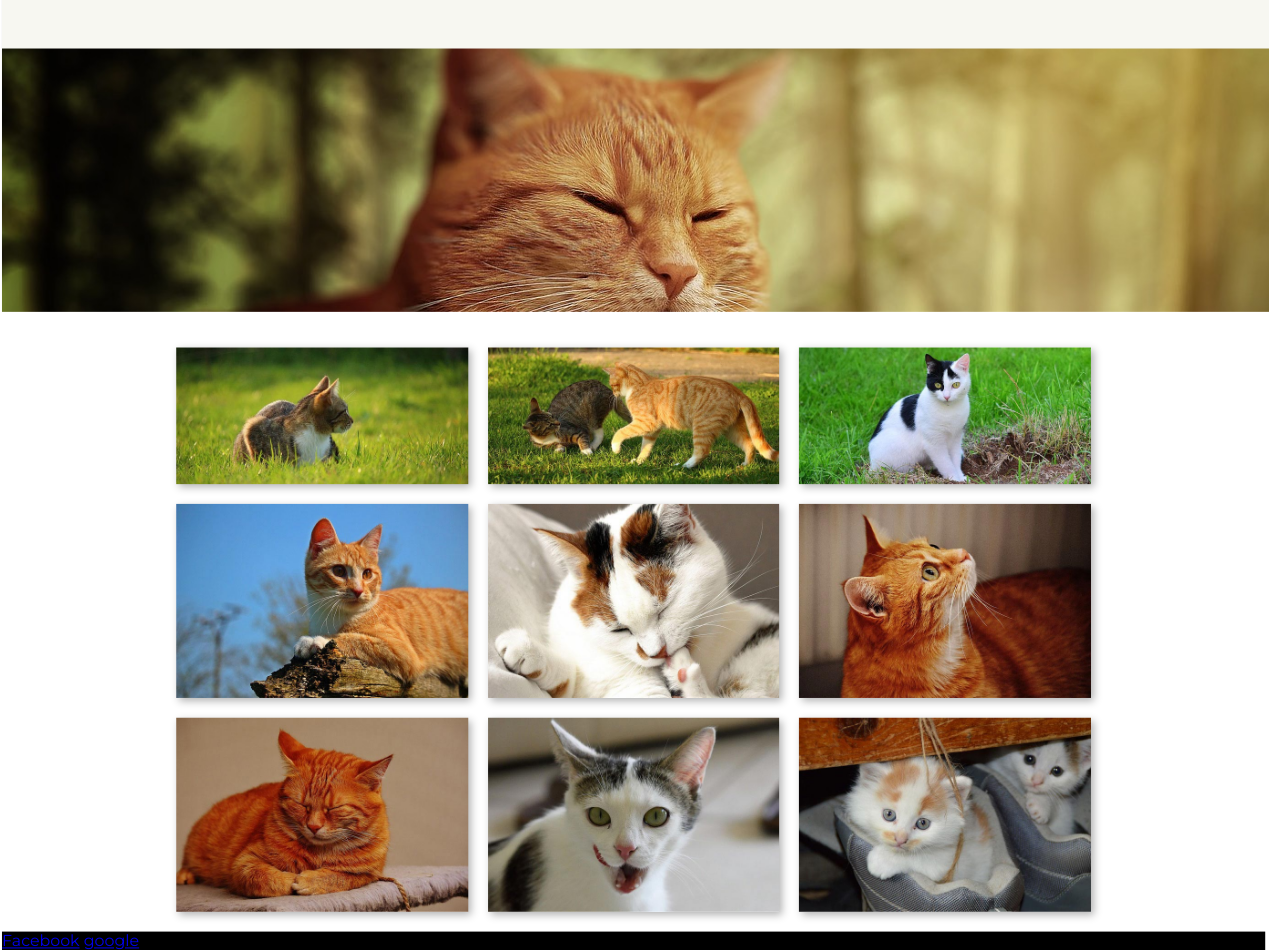
Repository: raul4264/final
Page: Gallery.html
The author's editor kept a copy of each file at every save. The page is drawn from the files as they stood at one save, then again after the next save.
The browser window is 1280 px wide. The page is 1282 px wide, so the pictures cover 1282 px, including what lies to the right of the window. The pictures show the whole page, at 99% of full size.

Above is the page before, as saved 2021-03-23 12:30:06.

After the next save:
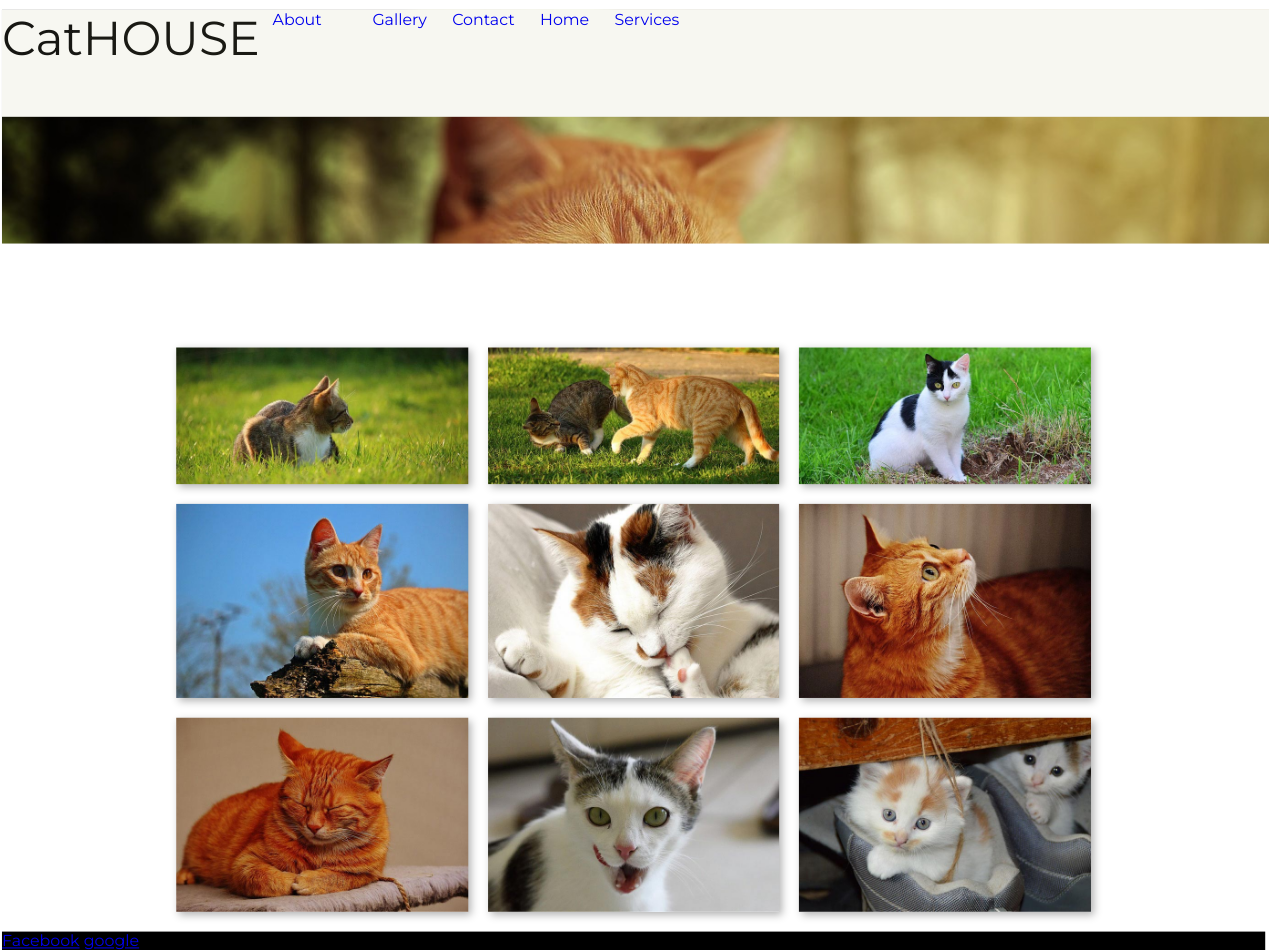
Saved 22 s later.
--- a/Gallery.html
+++ b/Gallery.html
@@ -11,6 +11,7 @@
 
 <body>
     <div id="grilla">
+        <header >
             <div class="banner">
 
                 <nav id="nav">
